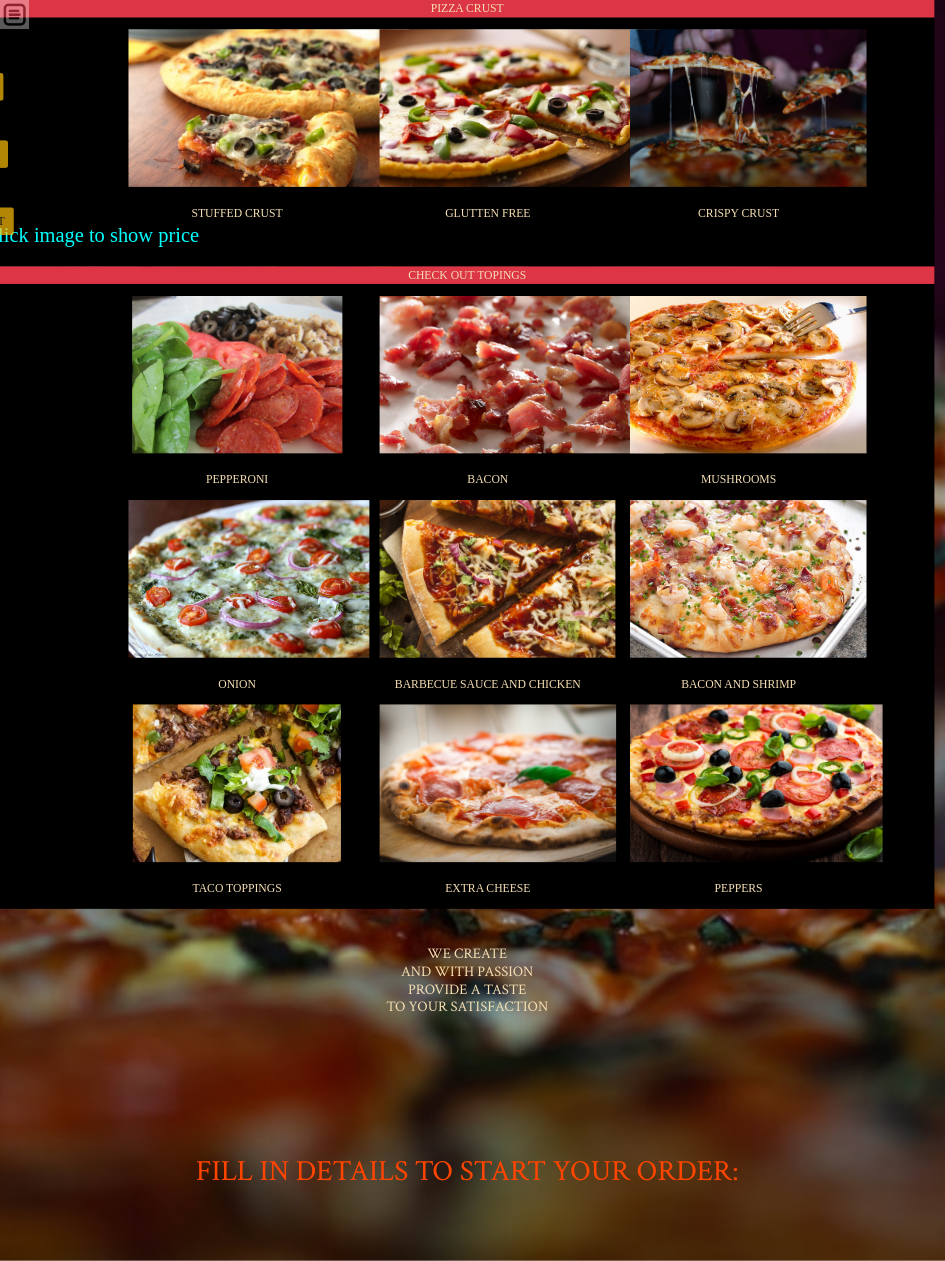
Repository: alexmwaura/MOREO--PIZZA-IP4
Page: mine.html
An editor plug-in stored every save of this project. The page is shown before and after a run of saves, followed by the edit.
The browser window is 1280 px wide. The page is 1295 px wide, so the pictures cover 1295 px, including what lies to the right of the window. The pictures show the whole page, at 73% of full size.
Some web fonts or font styles are not loaded; a fallback is used.

Above is the page before, as saved 2019-09-01 14:40:06.

After the next 3 saves:
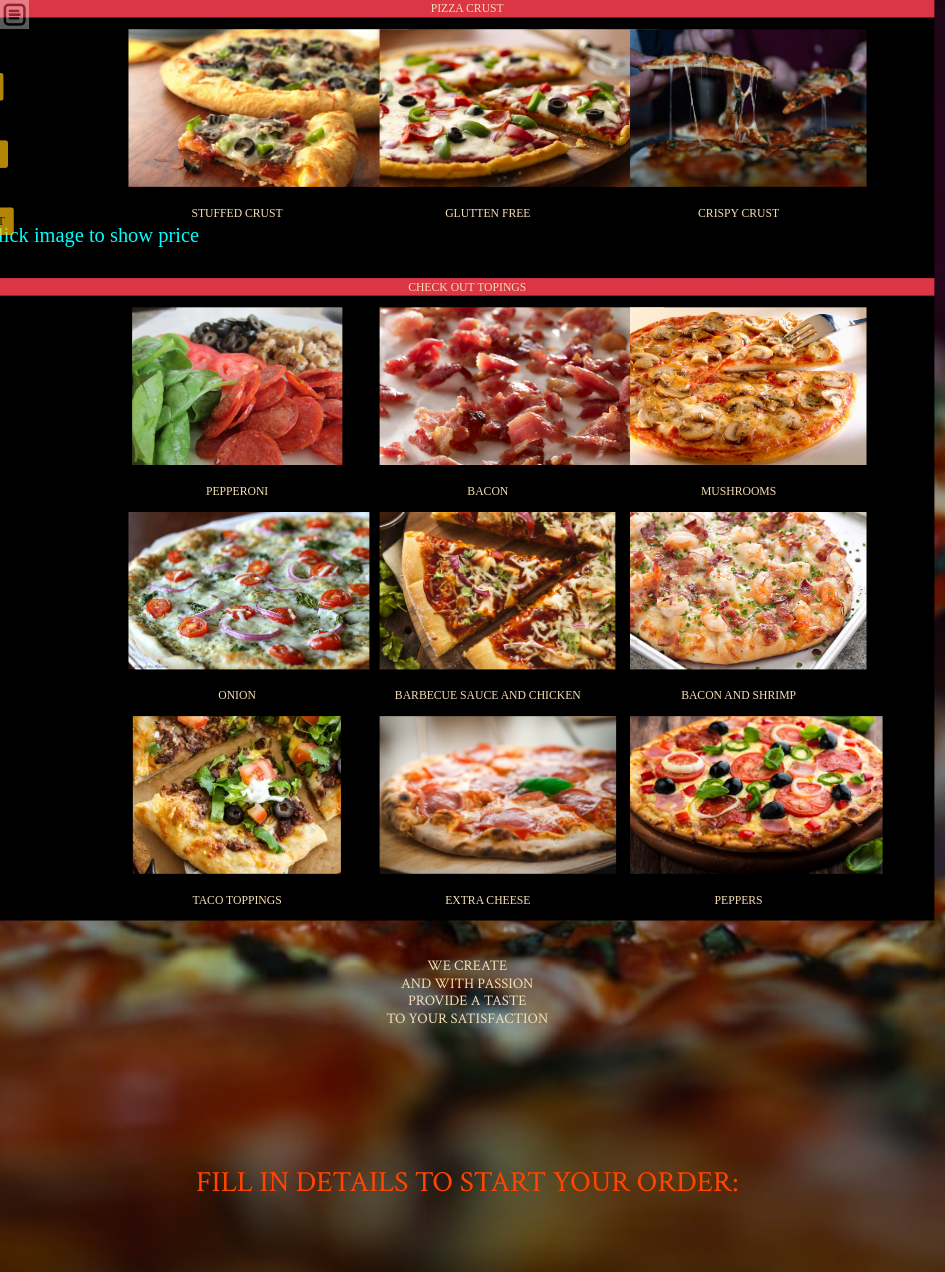
The 3 saves are shown as one change because they came seconds apart.
The last was saved 8 s later.
--- a/mine.html
+++ b/mine.html
@@ -105,7 +105,7 @@
 
                     </div>
 
-                    <div class="form-control-gr">
+                    <div class="form-group">
                         <h3 style="color: aqua" style="font-size: 10vh" class="price"> click image to show price</h3>
                     </div>
 
